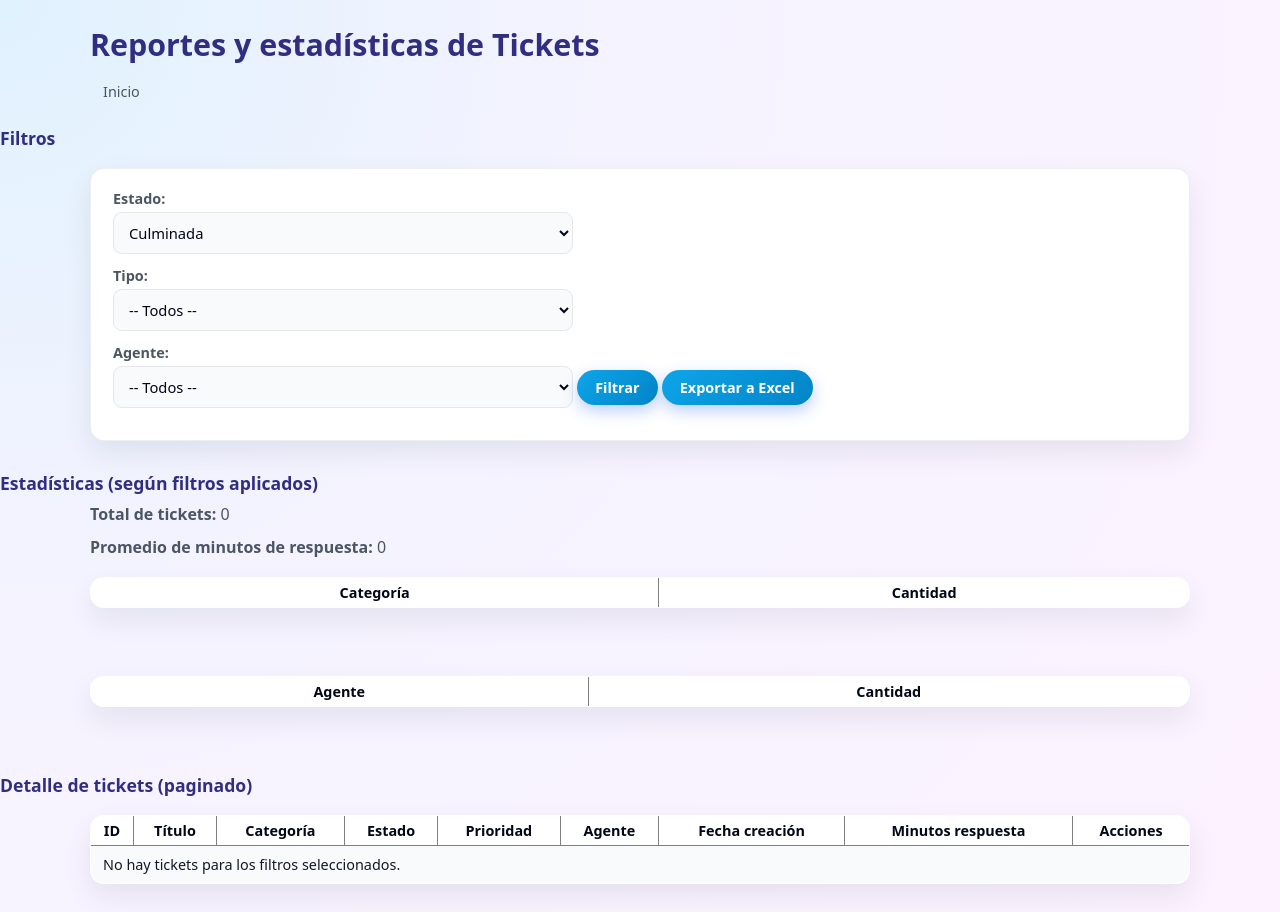
Repository: eleazarrrg/Proyecto-Mesa-Ayuda
Page: http://localhost/mesa-ayuda/reportes.php
These files come from the project's save history. The page is drawn as it stood at one moment and after the next save; the edit follows.
The browser window is 1280 px wide. The pictures show the whole page.
The page is run by PHP 8.4 with error messages shown; the project is at /var/www/html/. The session is filled in as if someone had signed in: {"user_id": 1, "user_name": "Test User", "role_id": 1}. Queries for data that is not in the repository find no rows.

Above is the page before, as saved 2025-12-06 22:17:35.

After the next save:
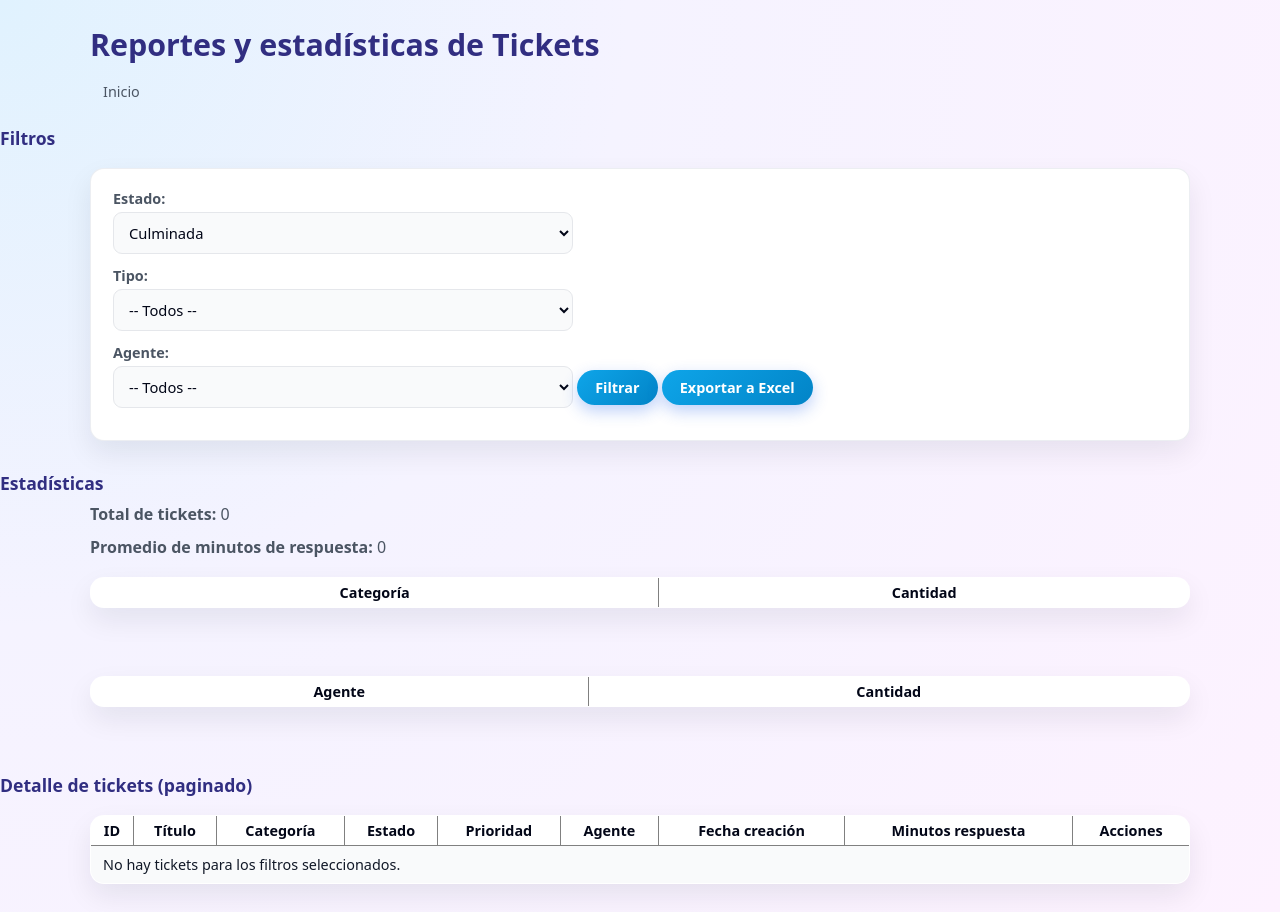
Saved 61 s later.
--- a/public/reportes.php
+++ b/public/reportes.php
@@ -207,7 +207,7 @@ $agentes = $db->query('SELECT id, nombre FROM usuarios WHERE activo = 1 ORDER BY
         <button type="submit" name="export" value="1">Exportar a Excel</button>
     </form>
 
-    <h3>Estadísticas (según filtros aplicados)</h3>
+    <h3>Estadísticas</h3>
     <p><strong>Total de tickets:</strong> <?= $totalTickets; ?></p>
     <p><strong>Promedio de minutos de respuesta:</strong> <?= $promedioMinutos; ?></p>
 
